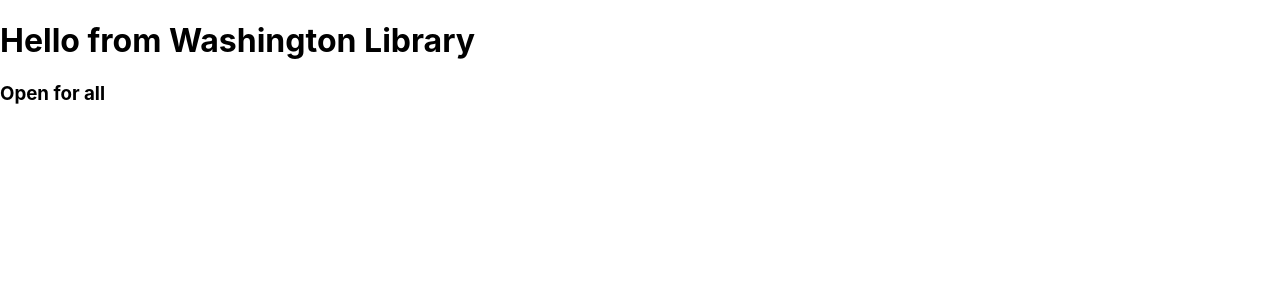
Repository: CaptainStorm21/intro-react-hooks
Page: /
These files come from the project's save history. The page is drawn as it stood at one moment and after a run of saves; the edit follows.
The browser window is 1280 px wide. The pictures show the whole page.
The project was rebuilt for these pictures with package versions that can differ from the ones it lists, and the page was loaded fresh each time.

Above is the page before, as saved 2020-05-24 22:10:51.

After the next 4 saves:
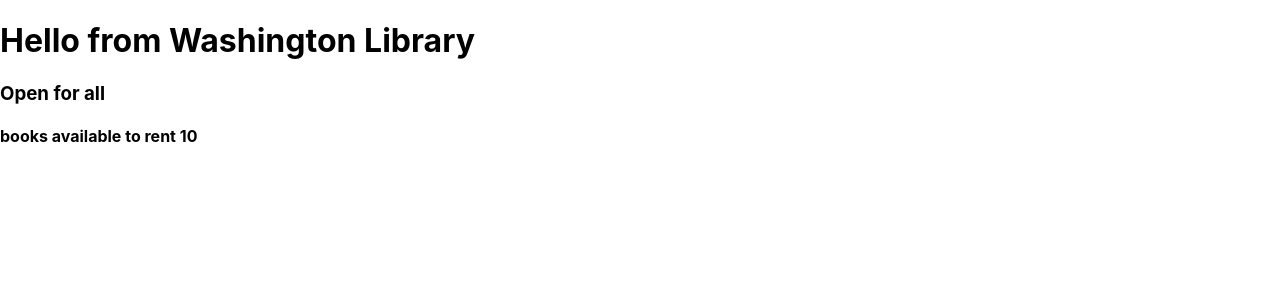
The 4 saves are shown as one change because 2 did not build or start and some came seconds apart.
The last was saved 26 s later.
--- a/src/index.js
+++ b/src/index.js
@@ -10,6 +10,7 @@ function Hello(props) {
     <div>
       <h1>Hello from {props.library}</h1>
       <h3>{props.message}</h3>
+      <h4> books available to rent {props.books}</h4>
     </div>
   )
 }
